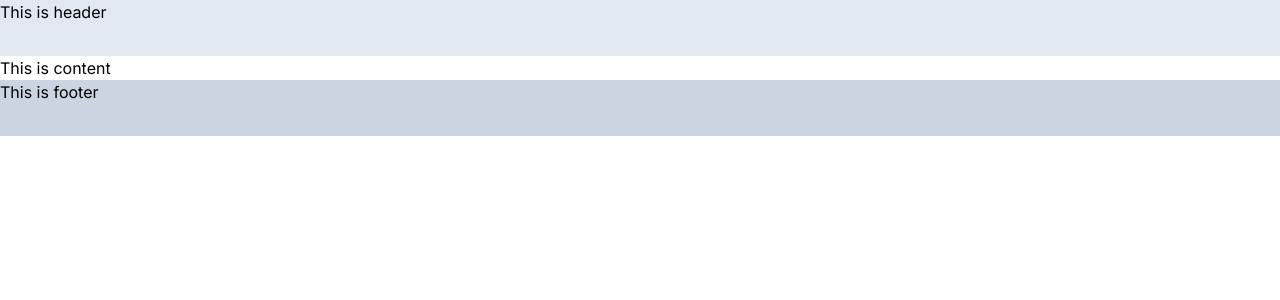
Repository: nirazanbasnet/test-react-swipeable
Page: /
These files come from the project's save history. The page is drawn as it stood at one moment and after the next save; the edit follows.
The browser window is 1280 px wide. The pictures show the whole page.
The project was rebuilt for these pictures with package versions that can differ from the ones it lists, and the page was loaded fresh each time. The framework's server and built-in components were replaced by stand-ins that run in the browser. Also part of the build but not shown: next.config.mjs.

Above is the page before, as saved 2024-02-07 09:42:05.

After the next save:
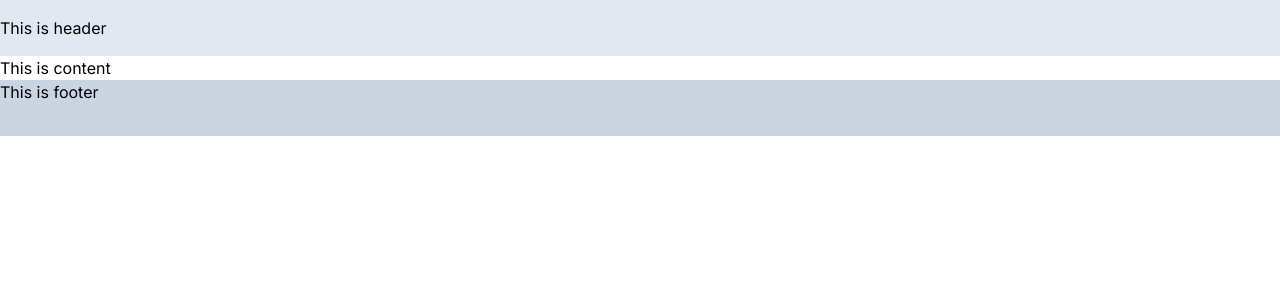
Saved 4 s later.
--- a/src/components/AppLayout.js
+++ b/src/components/AppLayout.js
@@ -1,7 +1,7 @@
 export default function AppLayout({ children }) {
 	return (
 		<>
-			<header className="h-14 bg-slate-200 f">This is header</header>
+			<header className="flex items-center h-14 bg-slate-200">This is header</header>
 			<main>{children}</main>
 			<footer className="h-14 bg-slate-300">This is footer</footer>
 		</>
